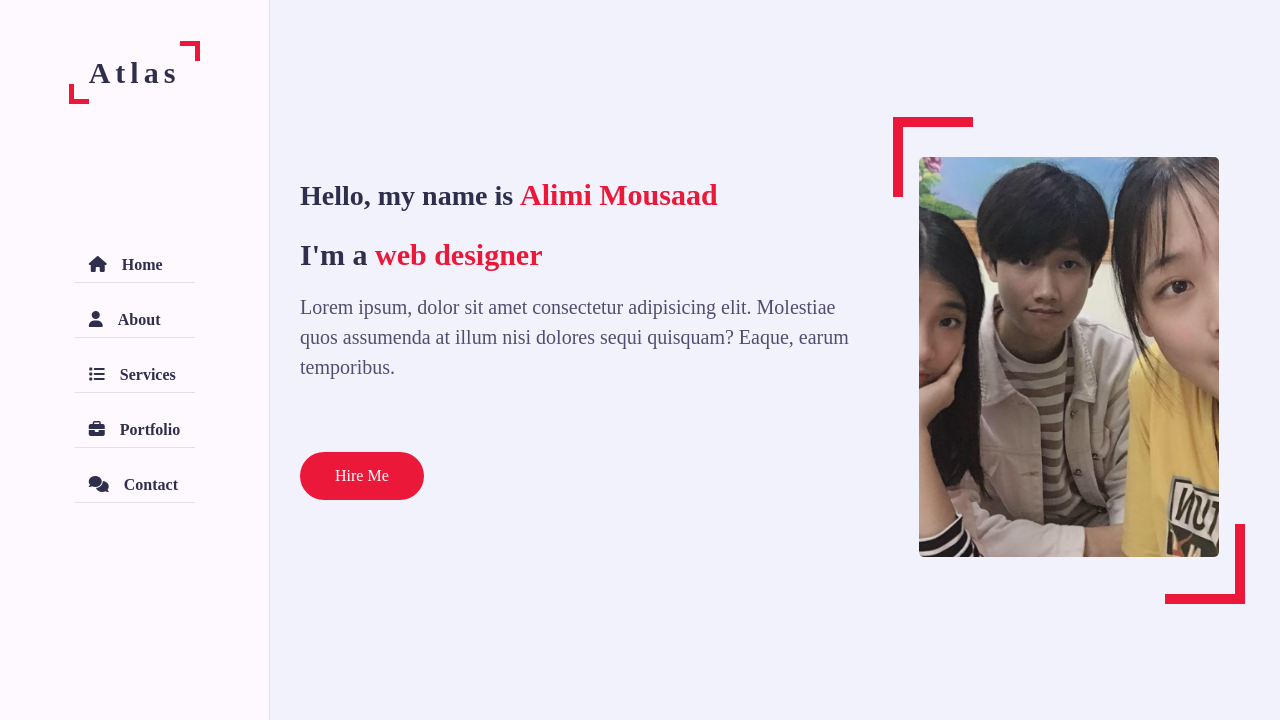
Repository: luanhoang0902/portfolio-ui
Page: index.html
These files come from the project's save history. The page is drawn as it stood at one moment and after the next save; the edit follows.
The browser window is 1280 px wide. The pictures show the whole page.
Some web fonts or font styles are not loaded; a fallback is used. Some web libraries are served in a nearby version.

Above is the page before, as saved 2022-06-02 15:26:28.

### index.html
<!DOCTYPE html>
<html lang="en">
  <head>
    <meta charset="UTF-8" />
    <meta http-equiv="X-UA-Compatible" content="IE=edge" />
    <meta name="viewport" content="width=device-width, initial-scale=1.0" />
    <title>Document</title>

    <!--  ===== CSS Files ===== -->
    <link rel="stylesheet" href="./css/style.css" />
    <link rel="stylesheet" href="./css/skins/color-1.css" />
    <link
      rel="stylesheet"
      href="https://cdnjs.cloudflare.com/ajax/libs/font-awesome/6.1.1/css/all.min.css"
    />
  </head>
  <body>
    <!--  ===== Main Container Start> ===== -->
    <div class="main-container">
      <!--  ===== Aside Start> ===== -->
      <div class="aside">
        <div class="logo">
          <a href="#"><span>A</span>tlas</a>
        </div>
        <div class="nav-toggler">
          <span></span>
        </div>
        <ul class="nav">
          <li><a href="#"><i class="fa fa-home" class = "active"></i>Home</a></li>
          <li><a href="#"><i class="fa fa-user"></i>About</a></li>
          <li><a href="#"><i class="fa fa-list"></i>Services</a></li>
          <li><a href="#"><i class="fa fa-briefcase"></i>Portfolio</a></li>
          <li><a href="#"><i class="fa fa-comments"></i>Contact</a></li>
        </ul>
      </div>
      <!--  ===== Aside End> ===== -->
      <!--  ===== Main Content Start> ===== -->
      <div class="main-content">
        <!--  ===== Home Selection Start> ===== -->
        <section class="home section">
          <div class="container">
            <div class="row">
              <div class="home-info padd-15">
                <h3 class="hello">Hello, my name is <span class="name">Alimi Mousaad</span></h3>
                <h3 class="my-profession">I'm a <span class="typing">web designer</span></h3>
                <p>Lorem ipsum, dolor sit amet consectetur adipisicing elit. Molestiae quos assumenda at illum nisi dolores sequi quisquam? Eaque, earum temporibus.</p>
                <a href="#contact" class = "btn hire-me">Hire Me</a>
              </div>
              <div class="home-img padd-15">
                <img src="./images/avatar.JPG" alt="">
              </div>
            </div>
          </div>
        </section>
        <!--  ===== Home Selection End> ===== -->
      </div>
       <!--  ===== Main Content End> ===== -->
    </div>
    <!--  ===== Main Container End> ===== -->
    <!--  ===== JS Files ===== -->
    <script src="js/script.js"></script>
  </body>
</html>

### css/style.css
/* import font chữ vào */
@import url('https://fonts.googleapis.com/css2?family=Clicker+Script&family=Montserrat:ital,wght@1,100&family=Poppins:ital,wght@0,200;0,300;0,400;0,500;0,700;1,600&display=swap');
/* Khai báo biến */
:root
{
    --bg-black-900: #f2f2fc;
    --bg-black-100: #fdf9ff;
    --bg-balck-50: #e8dfec;

    --text-black-900: #302e4d;
    --text-black-700: #504e70;
}

body
{
    line-height: 1.5;
    font-size: 16px;
    font-family: 'Poopins' sans-serif;
}

*
{
    margin: 0;
    padding: 0;
    outline: none;
    text-decoration: none;
    box-sizing: border-box;
}

::before,::after {
    box-sizing: border-box;
}

ul
{
    list-style: none;
}
.section
{
    background: var(--bg-black-900);
    min-height: 100vh;
    display: block;
    position: fixed;
    padding: 0 30px;
    left: 270px;
    top: 0;
    right: 0;
    opacity: 1;
}
.padd-15
{
    padding-left: 15px;
    padding-right: 15px;
}
.container
{
    max-width: 1100px;
    width: 100%;
    margin: auto;
}
.row
{
    display: flex;
    flex-wrap: wrap;
    margin-left: -15px;
    margin-right: -15px;
    position: relative;
}
.btn
{
    font-size: 16px;
    font-weight: 500;
    padding: 12px 35px;
    color: white;
    border-radius: 40px;
    display: inline-block;
    white-space: nowrap;
    border: none;
    background: var(--skin-color);
    transition: all 0.3s ease;
}
.btn:hover
{
    transform: scale(1.05);
}
/* aside */
.aside
{
    position: fixed;
    left: 0;
    top: 0;

    display: flex;
    justify-content: center;
    align-items: center;

    width: 270px;

    background: var(--bg-black-100);

    border-right: 1px solid var(--bg-balck-50);
    padding: 30px;
    height: 100%;
    z-index: 10;
}
.aside .logo
{
    position: absolute;
    top: 50px;
    font-size: 30px;
    text-transform: capitalize;
}
.aside .logo a
{
    position: relative;
    color: var(--text-black-900);
    font-weight: 700;

    padding: 15px 20px;
    font-size:30px;
    letter-spacing: 5px;
}
.aside .logo a span
{
    font-family: 'Click Script', cursive;
    font-family: 40px;
}
.aside .logo a::before
{
    content: '';
    position: absolute;
    bottom: 0;
    left: 0;
    width: 20px;
    height: 20px;

    border-bottom: 5px solid var(--skin-color);
    border-left: 5px solid var(--skin-color);
}
.aside .logo a::after
{
    content: '';
    position: absolute;
    top: 0;
    right: 0;
    width: 20px;
    height: 20px;

    border-top: 5px solid var(--skin-color);
    border-right: 5px solid var(--skin-color);
}
.aside .nav-toggler
{
    height: 40px;
    width: 45px;
    border: 1px solid var(--bg-balck-50);
    cursor: pointer;
    position: fixed;
    left: 300px;
    top: 20px;
    border-radius: 5px;
    background: var(--bg-balck-100);
    display: none;
    justify-content: center;
    align-items: center;
}
.aside .nav-toggler span
{
    height: 2px;
    width: 18px;
    background: var(--skin-color);
    display: inline-block;
    position: relative;
}
.aside .nav-toggler span::before
{
    content: '';
    height: 2px;
    width: 18px;
    background: var(--skin-color);
    position: absolute;
    top: -6px;
    left: 0;
}
.aside .nav-toggler span::after
{
    content: '';
    height: 2px;
    width: 18px;
    background: var(--skin-color);
    position: absolute;
    top: 6px;
    left: 0;
}
.aside .nav
{
    margin-top: 50px;
}
.aside .nav li
{
    margin-bottom: 20px;
    display: block;
}
.aside .nav li a
{
    font-size: 16px;
    font-weight: 600;
    display: block;
    border-bottom: 1px solid var(--bg-balck-50);
    color: var(--text-black-900);
    padding: 5px 15px;
}
.aside .nav li a.active
{
    color: var(--skin-color);
}
.aside .nav li a i
{
    margin-right: 15px;
}
/* Home */
.home
{
    min-height: 100vh;
    display: flex;
    color: var(--text-black-900);
}
.home .home-info
{
    flex: 0 0 60%;
    min-width: 60%;
}
h3.hello
{
    font-size: 28px;
    margin: 15px 0;
}
h3.hello span
{
    font-family: 'Clicker Script', cursive;
    font-size: 30px;
    font-weight: 700;
    color: var(--skin-color);
}
h3.my-profession
{
    font-size: 30px;
    margin: 15px 0;
}
.typing
{
    color: var(--skin-color);
}
.home-info p
{
    margin-bottom: 70px;
    font-size: 20px;
    color: var(--text-black-700);
}
.home .home-img
{
    flex: 0 0 40%;
    min-width: 40%;
    text-align: center;
    position: relative;

}
.home-img::after
{
    content: '';
    position: absolute;
    height: 80px;
    width: 80px;
    border-bottom: 10px solid var(--skin-color);
    border-right: 10px solid var(--skin-color);
    right: 20px;
    bottom: -40px;
}
.home-img::before
{
    content: '';
    position: absolute;
    height: 80px;
    width: 80px;
    border-top: 10px solid var(--skin-color);
    border-left: 10px solid var(--skin-color);
    left: 20px;
    top: -40px;
}
.home .home-img img
{
    height: 400px;
    width: 300px;
    object-fit: cover;

    margin: auto;
    border-radius: 5px;
}

Loaded but not shown: css/skins/color-1.css (common file); js/script.js (no copy from this time; the picture is the same without it)

After the next save:
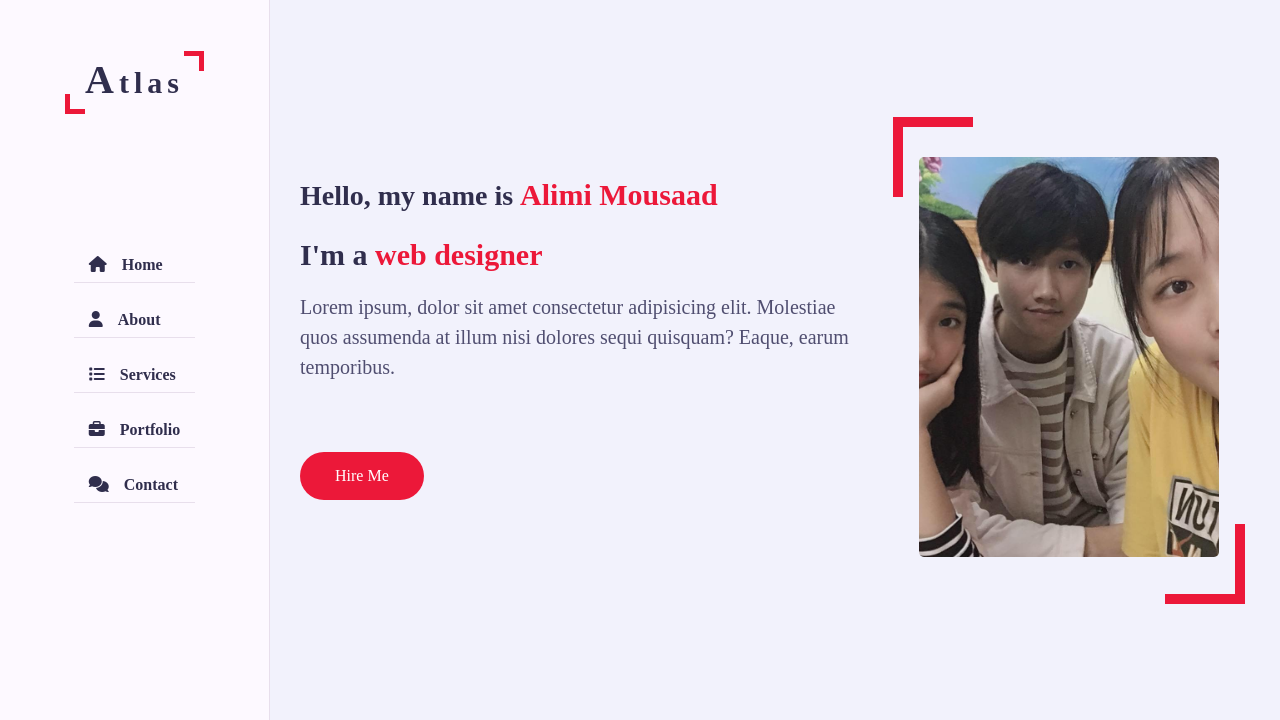
Saved 26 s later.
--- a/css/style.css
+++ b/css/style.css
@@ -123,7 +123,7 @@
 .aside .logo a span
 {
     font-family: 'Click Script', cursive;
-    font-family: 40px;
+    font-size: 40px;
 }
 .aside .logo a::before
 {
